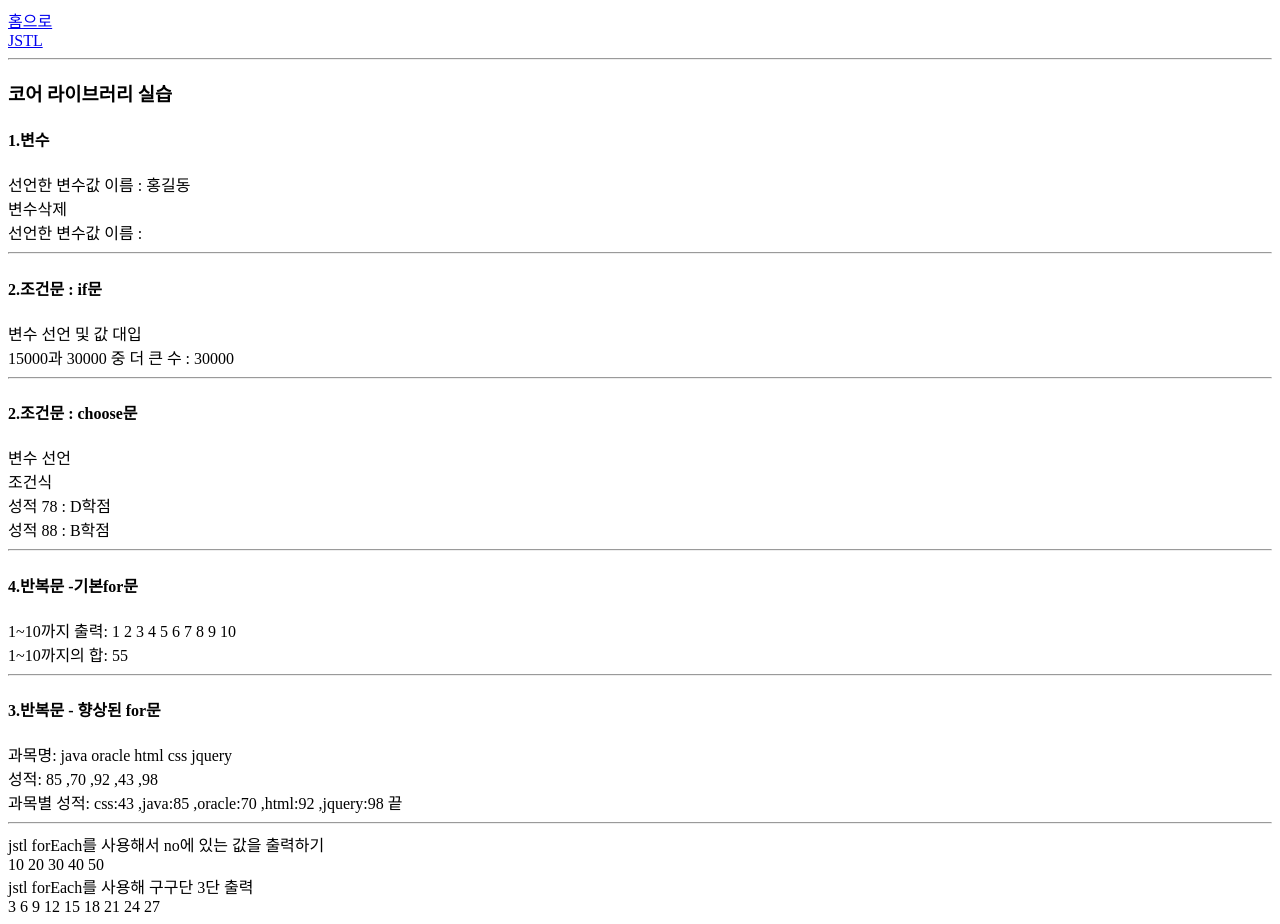
Repository: hyewoon/web
Page: http://localhost/servlet04/jstl/core.jsp
These files come from the project's save history. The page is drawn as it stood at one moment and after the next save; the edit follows.
The browser window is 1280 px wide. The pictures show the whole page.
The page is served by Tomcat 9.

Above is the page before, as saved 2022-11-18 05:49:50.

After the next save:
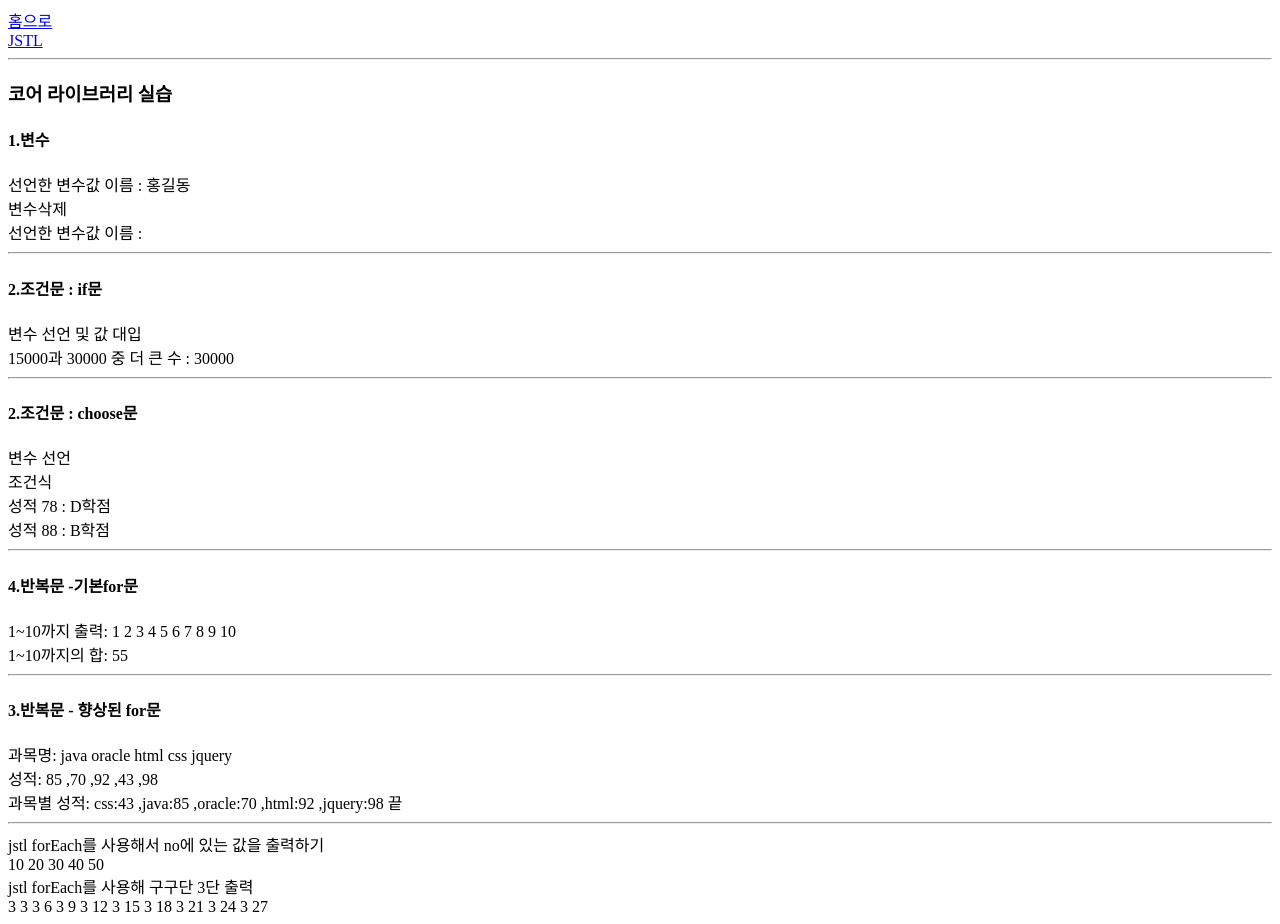
Saved 26 s later.
--- a/servlet04/src/main/webapp/jstl/core.jsp
+++ b/servlet04/src/main/webapp/jstl/core.jsp
@@ -145,7 +145,7 @@ ${no}
 	3 * 2 = 6
 
  -->
-${3 * num1}
+3 ${3 * num1}
 </c:forEach>
 
 
